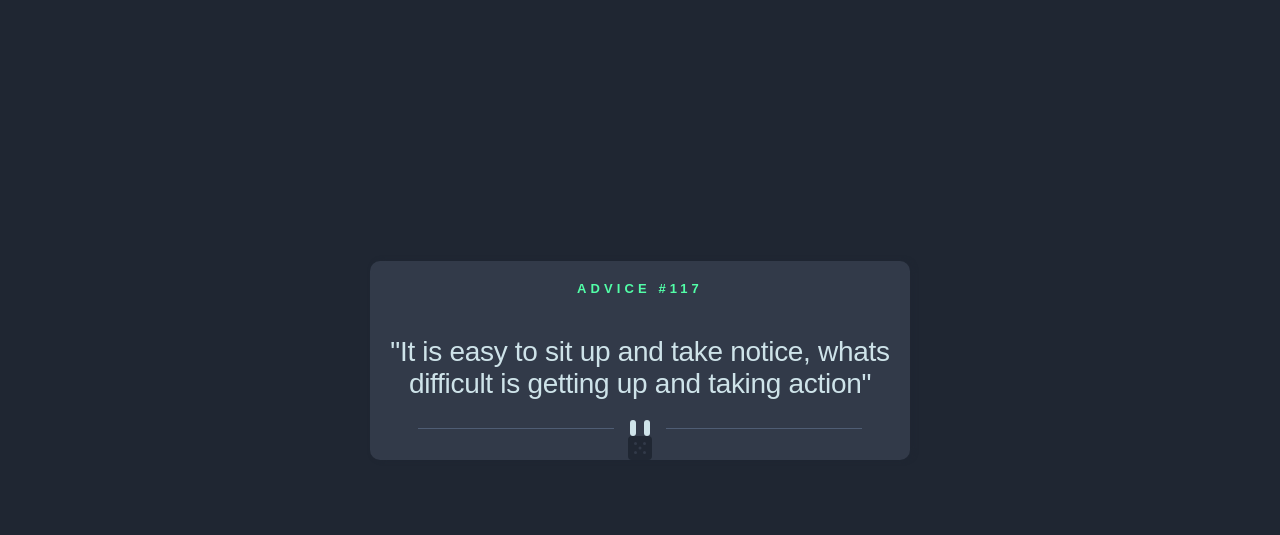
Repository: Arkitecth/advice-generator
Page: index.html
An editor plug-in stored every save of this project. The page is shown before and after the next save, followed by the edit.
The browser window is 1280 px wide. The pictures show the whole page.

Above is the page before, as saved 2023-07-12 17:46:18.

After the next save:
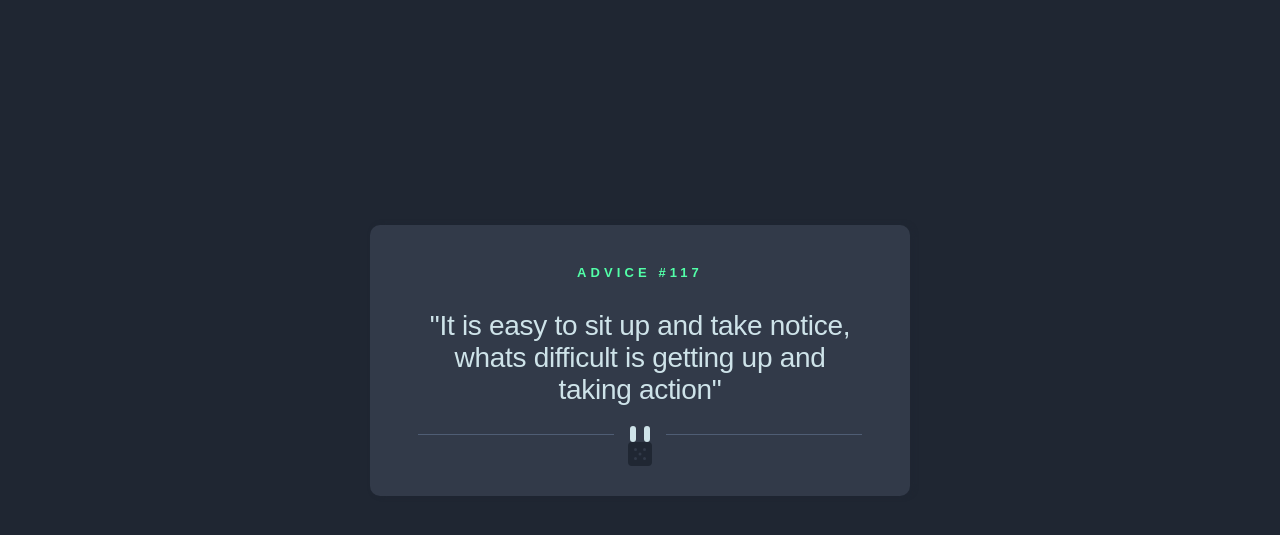
Saved 10 s later.
--- a/style.css
+++ b/style.css
@@ -25,6 +25,7 @@
     margin: 0 auto;
     background-color: var(--dark-grayish-blue);
     max-width: 540px;
+    padding: 30px;
     border-radius: 10px;
     box-shadow: 3px 0px 5px var(--dark-blue);
     display: flex;
@@ -40,7 +41,7 @@
     font-weight: 800;
     letter-spacing: 4.086px;
     font-size: 0.8125rem;
-    margin: 20px 10px;
+    margin: 10px 10px;
 }
 
 .advice-text {
